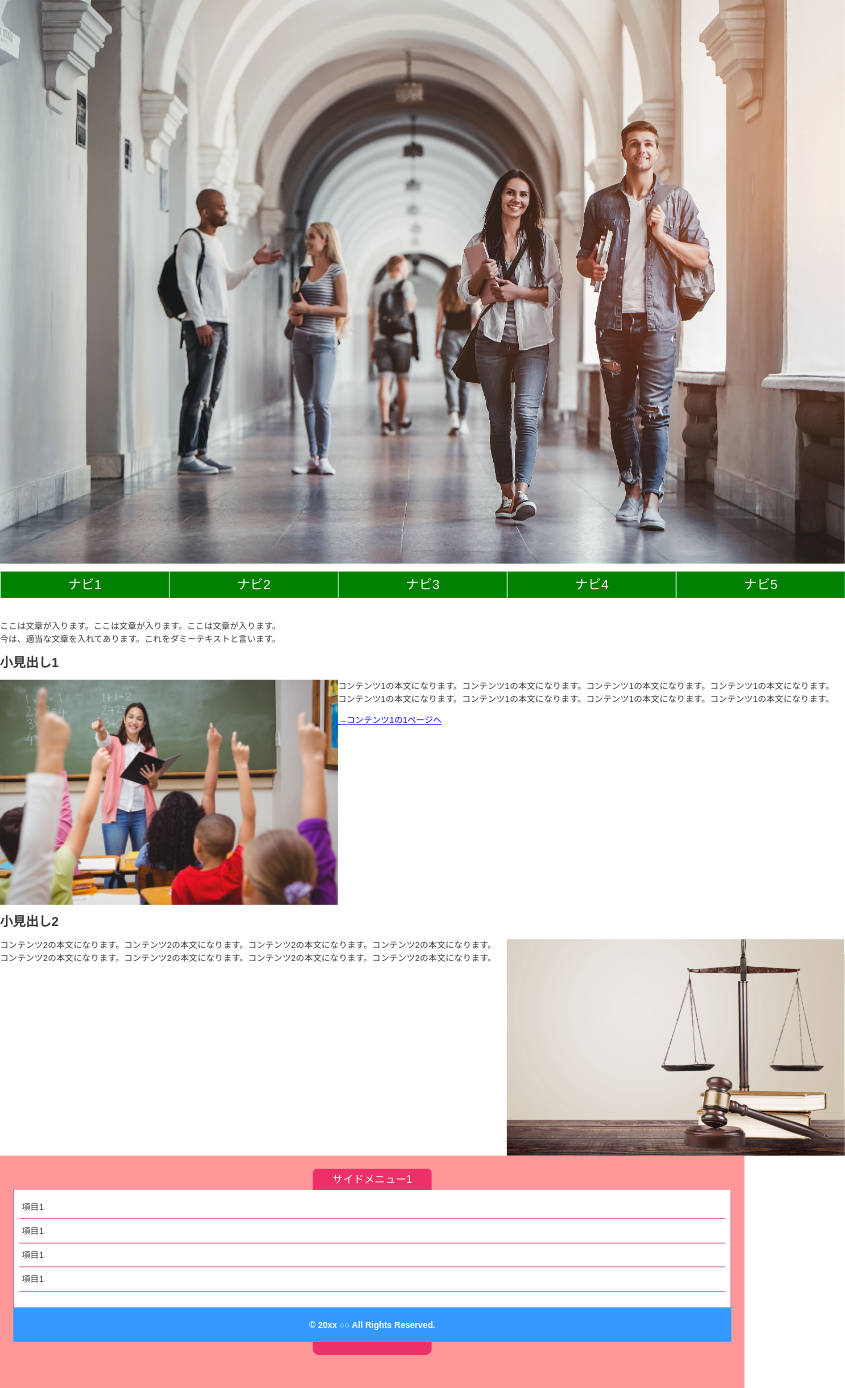
Repository: ishikawa-san/samurai_HTML-CSS
Page: home.html
The author's editor kept a record of every edit. The page is drawn from the files as they stood at one moment, then again after the next edit.
The browser window is 1280 px wide. The pictures show the whole page, at 66% of full size.

Above is the page before.

### home.html
<!DOCTYPE html>
<html lang="ja">
    <head>
        <meta charset="UTF-8">
        <title>HTML/CSSの学習</title>
        <link rel="stylesheet" href="stylesheet.css">
    </head>
    <body>
        <div id="header">
            <h1><a href="index.html"><img id="corridor" src="images/corridor.jpg" alt="大学の廊下" /></a></h1>
        </div>
        <div id="wrapper">
            <div id="nav">
                <ul>
                    <li><a href="home.html">ナビ1</a></li>
                    <li><a href="#">ナビ2</a></li>
                    <li><a href="#">ナビ3</a></li>
                    <li><a href="#">ナビ4</a></li>
                    <li><a href="#">ナビ5</a></li>
                </ul>
            </div>
            <div id="container">
              <div class="main">
                <div class="post">
                  <p>ここは文章が入ります。ここは文章が入ります。ここは文章が入ります。<br />今は、適当な文章を入れてあります。これをダミーテキストと言います。</p>
                </div>
                <div class="post clearfix">
                  <h2>小見出し1</h2>
                  <img class="left" src="image/classroom.jpg" alt="授業風景"/>
                  <p>
                    コンテンツ1の本文になります。コンテンツ1の本文になります。コンテンツ1の本文になります。コンテンツ1の本文になります。
                    コンテンツ1の本文になります。コンテンツ1の本文になります。コンテンツ1の本文になります。コンテンツ1の本文になります。
                  </p>
                  <p><a href="#">→コンテンツ1の1ページへ</a></p>
                </div>
                <div class="post clearfix">
                  <h2>小見出し2</h2>
                  <img class="right" src="images/scale.jpg" alt="天秤"/>
                  <p>
                    コンテンツ2の本文になります。コンテンツ2の本文になります。コンテンツ2の本文になります。コンテンツ2の本文になります。
                    コンテンツ2の本文になります。コンテンツ2の本文になります。コンテンツ2の本文になります。コンテンツ2の本文になります。
                  </p>
                </div>
              </div>
            </div>
              <div id="side">
                <div class="box">
                  <h2>サイドメニュー1</h2>
                  <div class="boxBody">
                    <ul>
                      <li>項目1</li>
                      <li>項目1</li>
                      <li>項目1</li>
                      <li>項目1</li>
                    </ul>
                  </div>
        <div id="footer">
            <p>&copy; 20xx ○○ All Rights Reserved.</p>
        </div>
    </body>
</html>

### stylesheet.css
@charset "utf-8";

body {
	margin: 0;
	padding: 0;
	font-family: "ヒラギノ角ゴ Pro W3", "Hiragino Kaku Gothic Pro", "メイリオ", Meiryo, Osaka, "ＭＳ Ｐゴシック", "MS PGothic", sans-serif;
	color: #333;
	font-size: 13px;
	line-height: 150%;
}

/* -------------------- wrapper -------------------- */
#wrapper {
    width: 100%;
    margin: auto;
    padding: 0px;
    border: 0px;
    background-color: #FFF;
    top: 10px;
    position: relative;
}

/* -------------------- header -------------------- */
#header {
	width: 100%;
}
#header h1 {
	margin: 0;
	padding: 0;
}

#corridor {
	width: 100%;
	height: auto;
}

/* -------------------- footer -------------------- */
#footer {
	clear: both;
	width: 100%;
	padding: 3px 0 3px 0;
	background: #39F;
	color: #FFF;
	font-weight: bold;
	text-align: center;
}

/* -------------------- nav -------------------- */
#nav {
	width: 100%;
}
#nav ul {
    display: flex;
	margin: 0;
	padding: 0;
	list-style-type: none;
}
#nav ul li {
	width: 20%;
	text-align: center;
}
#nav ul li a {
	display: block;
	height: 20px;
	margin: 0;
	padding: 10px;
	color: #FFF;
	font-size: 20px;
	text-decoration: none;
	background-color: green;
    border-left: 1px solid white;
}

#nav ul li a:hover {
    filter: drop-shadow(10px 10px 10px black);
}

/* -------------------- container -------------------- */
#container {
    width: 100%;
    margin: auto;
    padding: auto;
    padding-top: 20px;
    clear: both;
    display: grid;
    grid-template-colums: 70vw 30vw;
}
/* -------------------- main -------------------- */
#main {
    width: 95%;
    padding: 10px 30px 10px 10px;
}
#main h2 {
    margin: 0 0 10px 0;
    padding: 3px 10px 3px 10px;
    color: #FFF;
    font-size: 16px;
    border-left: solid 10px #C00;
    background: #F90 right top repeat-y;
}
#main p {
    margin: 0;
    padding: 0;
}
#main .post {
    margin: 0 0 30px 0;
}

#main .post img.right {
    margin: 0 0 0 8px;
}
#main .post img.left {
    margin: 0 8px 0 0;
}

.right {
    float: right;
    width: 40%;
    height: auto;
}
.left {
    float: left;
    width: 40%;
    height: auto;
}

/* -------------------- clearfix -------------------- */
.clearfix {
    zoom: 1;
}
.clearfix:after {
    content: "";
    display: block;
    clear: both;
}

/* -------------------- side -------------------- */
#side {
    width: 85%;
    padding: 20px;
    background-color: #F99;
}
#side .box {
    margin: 0 auto 30px auto;
    padding: 0 0 20px 0;
    background: url(images/side_box.png) bottom no-repeat;
}
#side .box h2 {
    margin: 0;
    padding: 8px;
    text-align: center;
    color: #fff;
    font-size: 16px;
    line-height: 16px;
    font-weight: normal;
    background: url(images/side_box_h2.png) center no-repeat;
}
#side .box .boxBody {
    padding: 8px;
    border-right: solid 1px #C36;
    border-bottom: solid 1px #C36;
    border-left: solid 1px #C36;
    background: #fff;
}
#side .box .boxBody ul {
    margin: 0 0 16px 0;
    padding: 0;
}
#side .box .boxBody ul li {
    padding: 8px 0 8px 4px;
    list-style: none;
    border-bottom: solid 1px #C36;
}

#side .box .boxBody ul li:hover {
	padding: 8px 0 8px 4px;
	list-style: none;
	border-bottom: solid 1px #C36;
	box-shadow: 0px 4px 4px rgba(0, 0, 0, 0.3);
}

After the next edit:
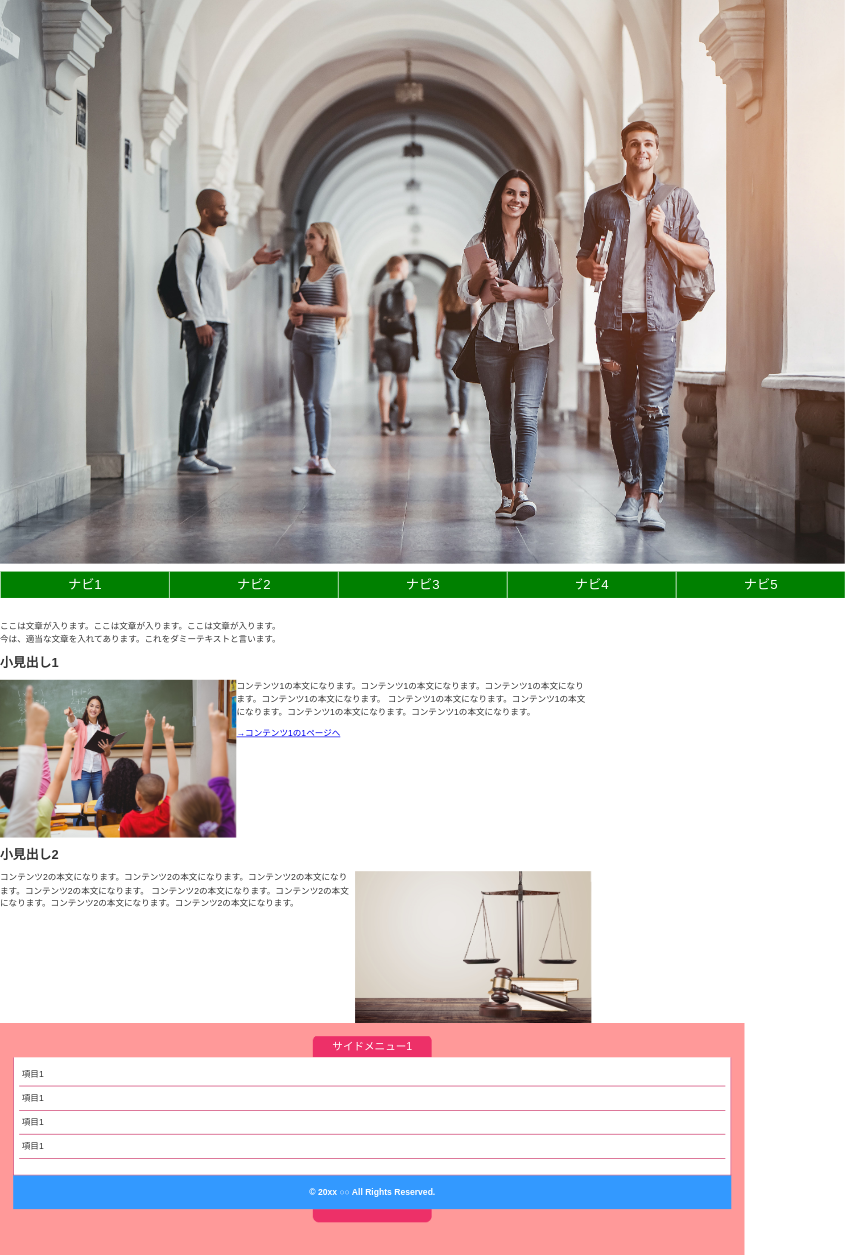
The edit:
--- a/stylesheet.css
+++ b/stylesheet.css
@@ -83,7 +83,7 @@
     padding-top: 20px;
     clear: both;
     display: grid;
-    grid-template-colums: 70vw 30vw;
+    grid-template-columns: 70vw 30vw;
 }
 /* -------------------- main -------------------- */
 #main {
